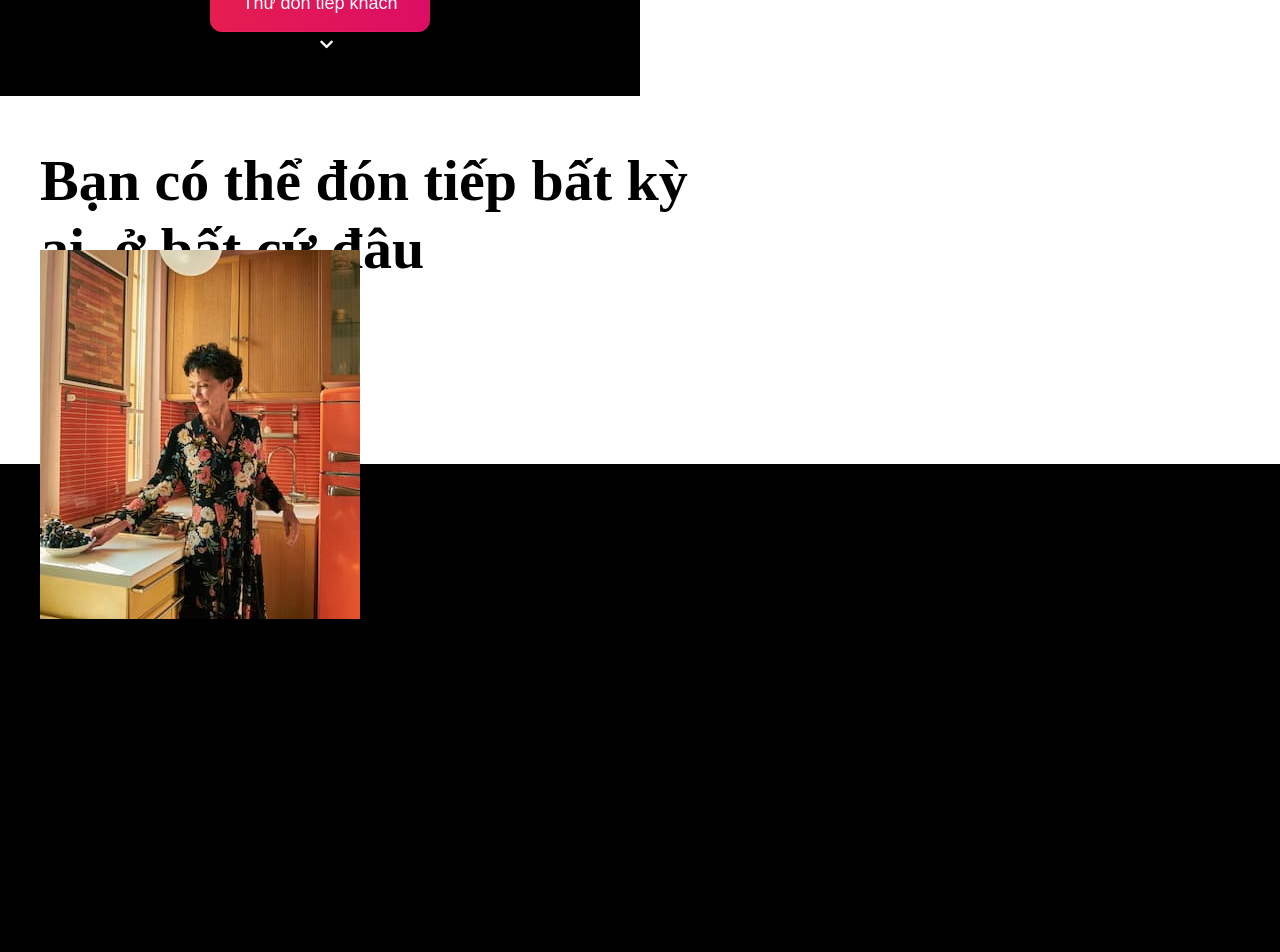
Repository: HoanTiny/AirbnbClone
Page: page3.html
An editor plug-in stored every save of this project. The page is shown before and after the next save, followed by the edit.
The browser window is 1280 px wide. The pictures show the part of the page from y = 624 to 1576 px (the page is 1588 px tall before and 1788 px after).
Pictures or frames that could not be fetched are drawn as grey boxes.

Above is the page before, as saved 2021-09-13 10:02:33.

After the next save:
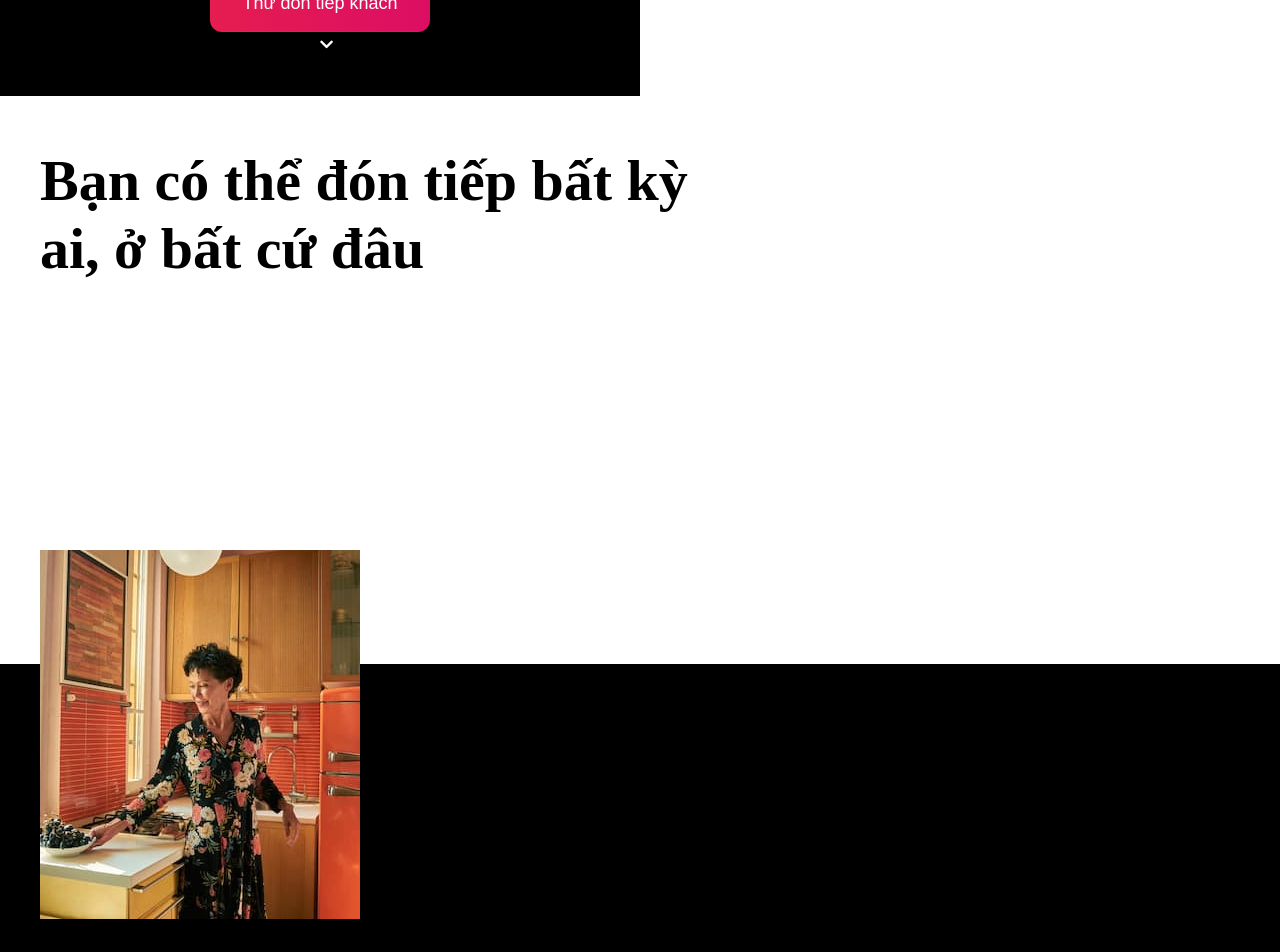
Saved 53 s later.
--- a/acess/css/mainpage3.css
+++ b/acess/css/mainpage3.css
@@ -77,7 +77,7 @@ body {
 
 .content__heading {
     position: relative;
-    height: 320px;
+    height: 520px;
 }
 
 .content__heading-top {
